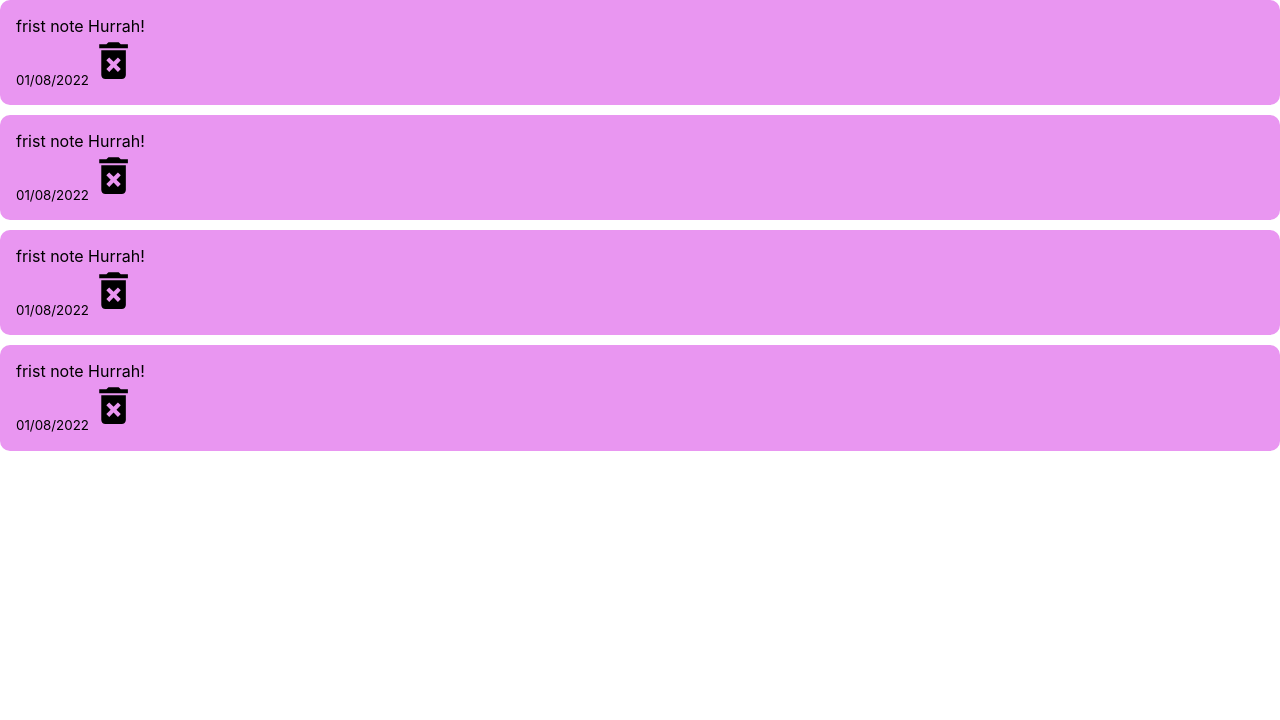
Repository: DeraBola/react-notes-app
Page: /
The author's editor kept a copy of each file at every save. The page is drawn from the files as they stood at one save, then again after the next save.
The browser window is 1280 px wide. The pictures show the whole page.
The project was rebuilt for these pictures with package versions that can differ from the ones it lists, and the page was loaded fresh each time.

Above is the page before, as saved 2022-08-01 08:25:06.

### src/index.js
import React from 'react';
import ReactDOM from 'react-dom/client';
import './index.css';
import App from './App';


const root = ReactDOM.createRoot(document.getElementById('root'));
root.render(
  <React.StrictMode>
    <App />
  </React.StrictMode>
);

### src/index.css
body {
    margin: 0;
    font-family: -apple-system, BlinkMacSystemFont, 'Segoe UI', 'Roboto', 'Oxygen', 'Ubuntu', 'Cantarell', 'Fira Sans', 'Droid Sans', 'Helvetica Neue', sans-serif;
    -webkit-font-smoothing: antialiased;
    -moz-osx-font-smoothing: grayscale;
}

code {
    font-family: source-code-pro, Menlo, Monaco, Consolas, 'Courier New', monospace;
}

.note {
    background-color: #e996f1;
    margin-bottom: 10px;
    border-radius: 10px;
    padding: 1rem;
    m
}

### src/App.js
import NotesList from './components/NotesList';

 const App = () =>{
   return(
    <div className="container" >
      <NotesList />
    </div>
   )
 }

 export default App;

### src/components/NotesList.js
import Note from './Note';

const NotesList  = () => {
return(
    <div className='notes-list'>
        <Note />
        <Note />
        <Note />
        <Note />
    </div>
);
};

export default NotesList;

### src/components/Note.js

import { MdDeleteForever } from 'react-icons/md'

const Note  = () => {
    return(
        <div className='note'>
             <span>frist note Hurrah!</span>
             <div className="note-footer">
                <small>01/08/2022</small>
                <MdDeleteForever className='delete-icon' size='1.3cm' />
             </div>
        </div>
    );
    };

    export default Note;

Loaded but not shown: public/index.html (common file)

After the next save:
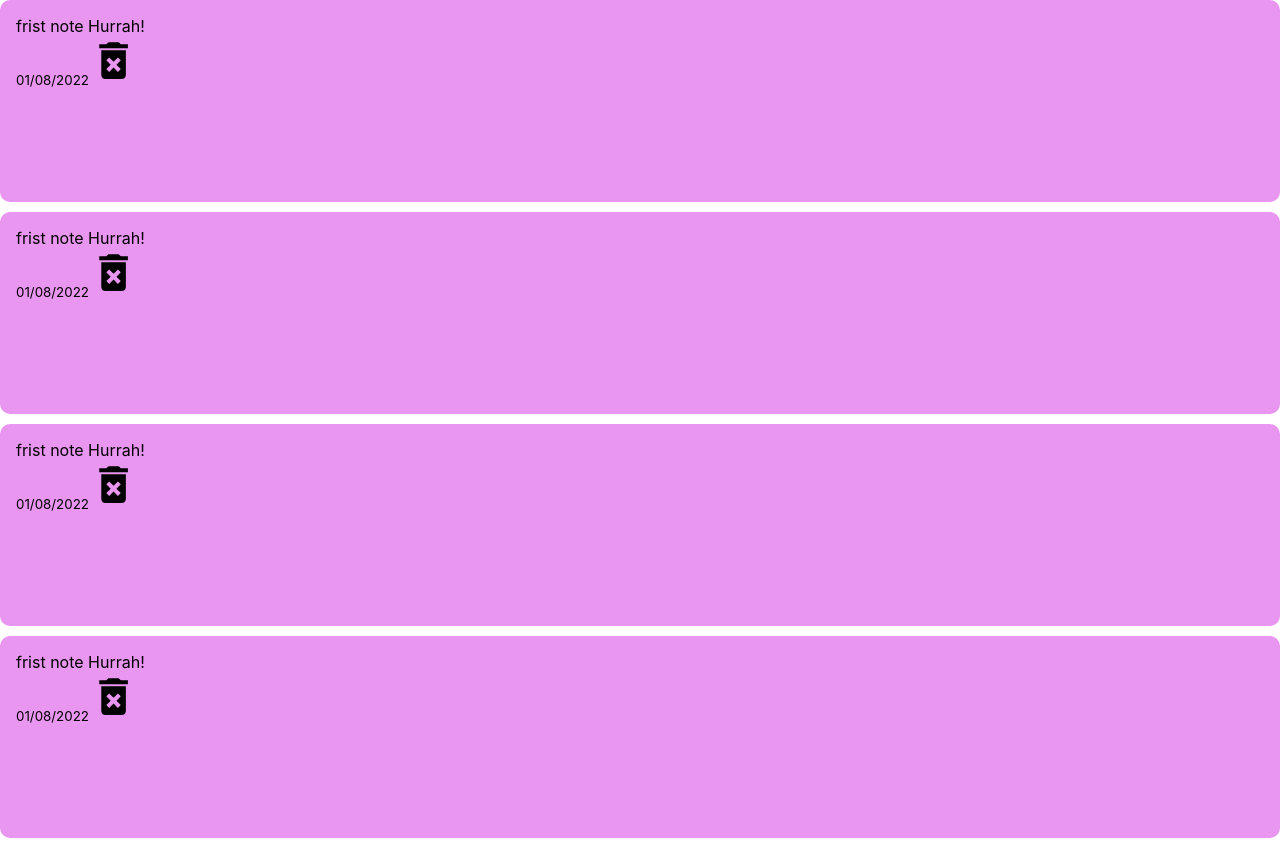
Saved 13 s later.
--- a/src/index.css
+++ b/src/index.css
@@ -14,5 +14,5 @@ code {
     margin-bottom: 10px;
     border-radius: 10px;
     padding: 1rem;
-    m
+    min-height: 170px;
 }
